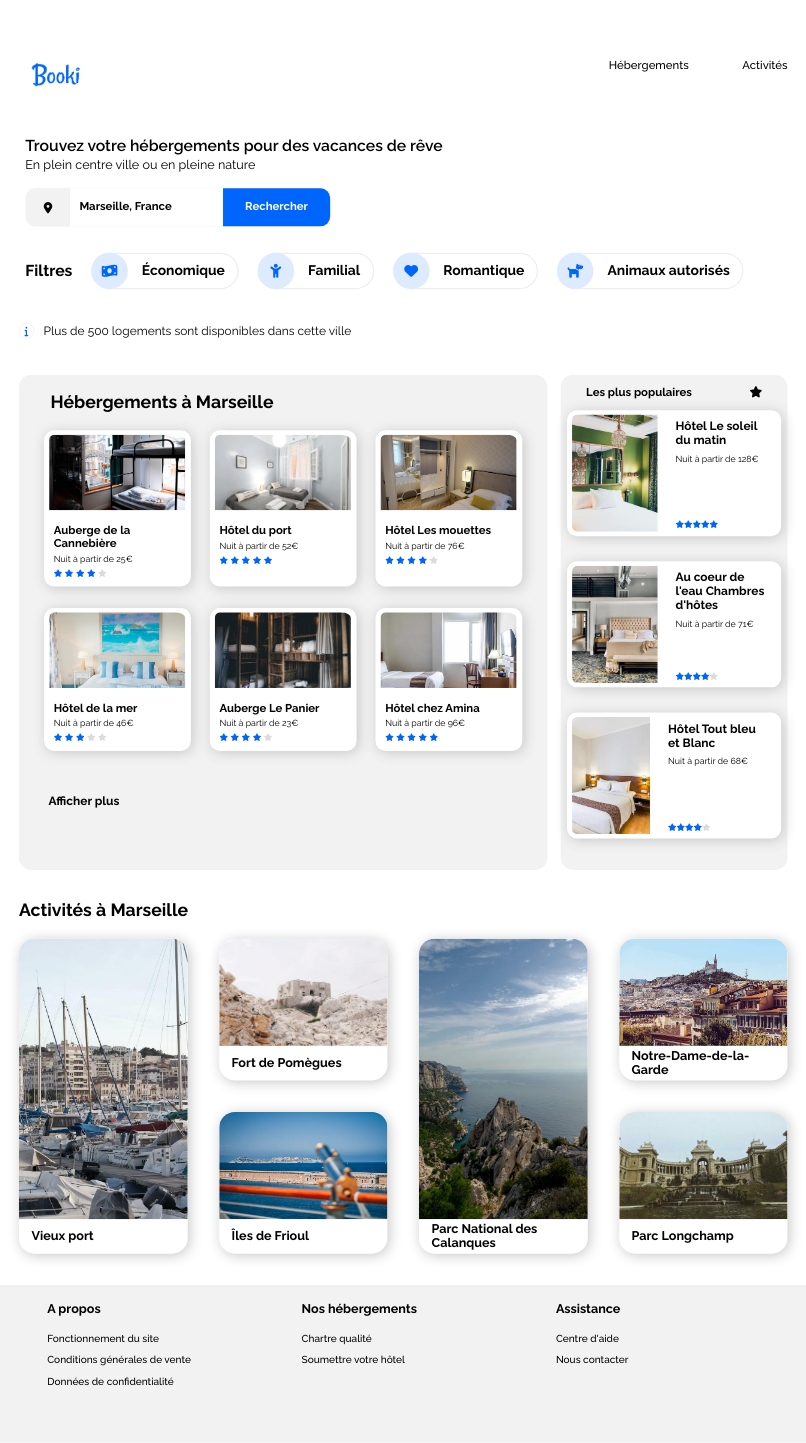
Repository: leandroBarbosaFR/booki
Page: index.html
The author's editor kept a copy of each file at every save. The page is drawn from the files as they stood at one save, then again after a run of saves.
The browser window is 1280 px wide. The pictures show the whole page, at 63% of full size.

Above is the page before, as saved 2022-07-22 15:41:03.

After the next 2 saves:
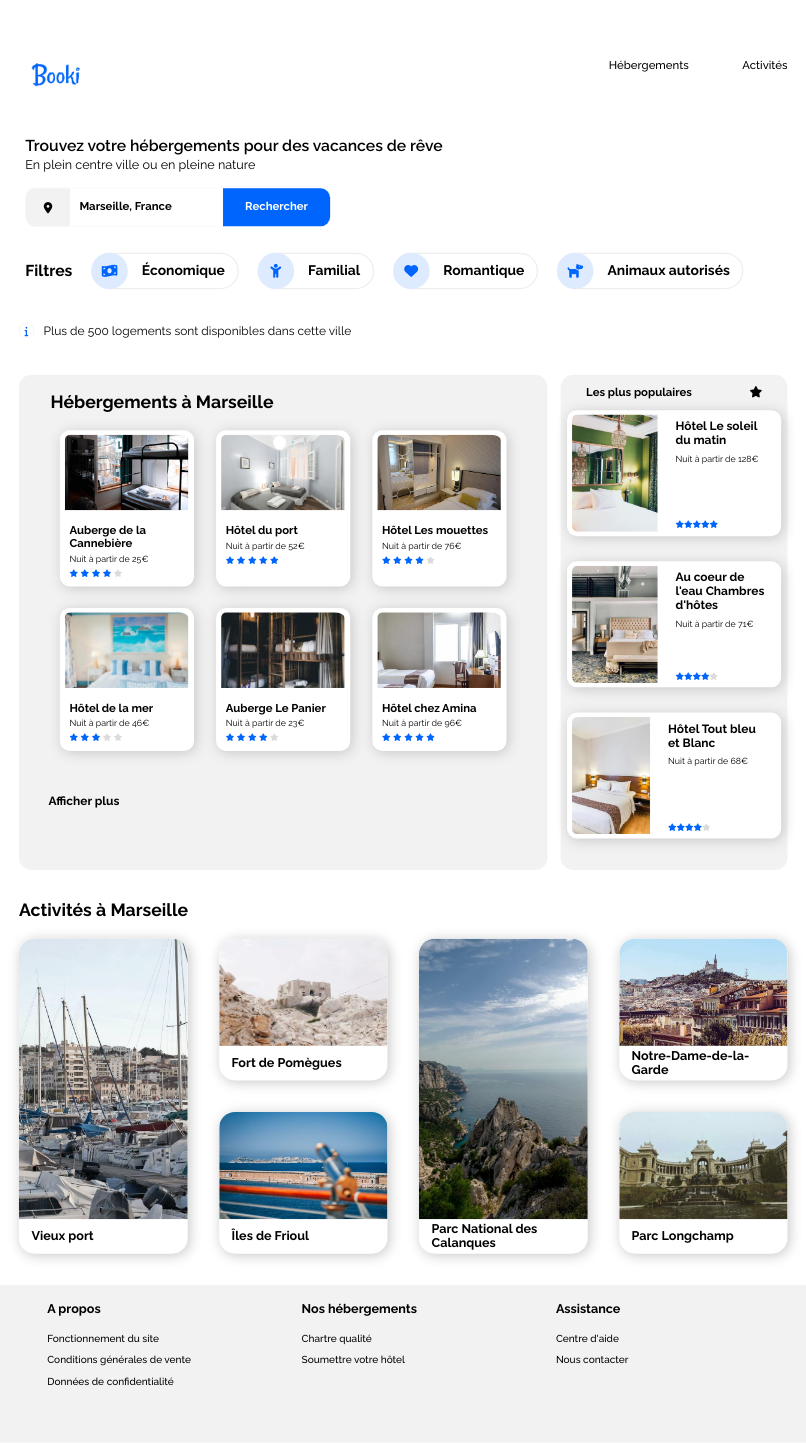
The 2 saves are shown as one change because they came seconds apart.
The last was saved 72 s later.
--- a/css/style.css
+++ b/css/style.css
@@ -224,7 +224,7 @@
   flex-wrap: wrap;
   justify-content: space-evenly;
   row-gap: 34px;
-  padding: 0 10px;
+  padding: 0 30px;
 }
 
 .hotelun {
